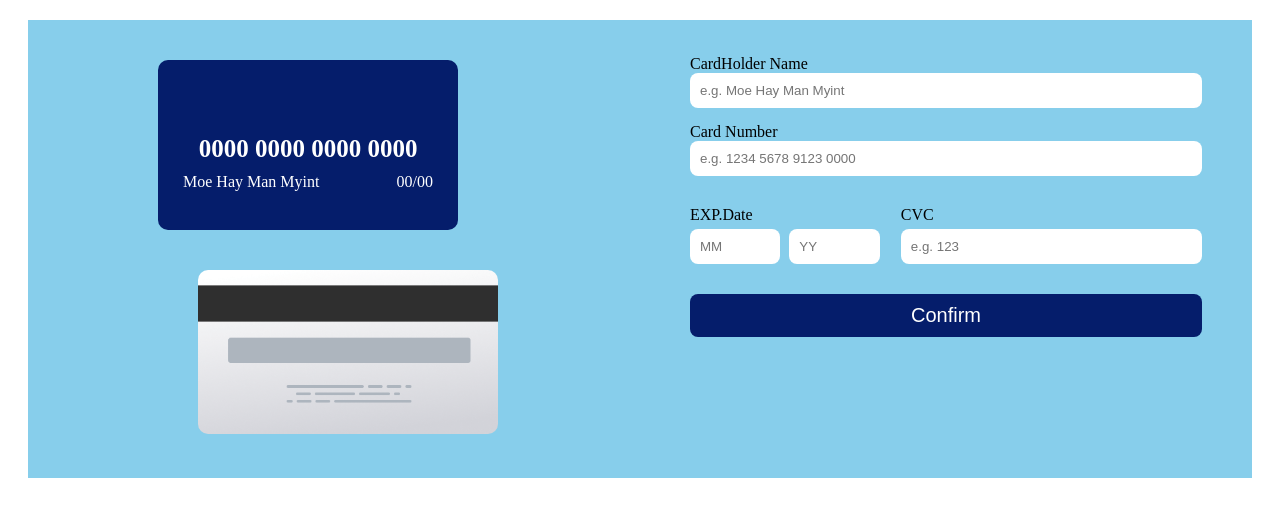
Repository: moehaymanmyint/Interactive-Card-Details-Form
Page: index.html
The author's editor kept a copy of each file at every save. The page is drawn from the files as they stood at one save, then again after the next save.
The browser window is 1280 px wide. The pictures show the whole page.

Above is the page before, as saved 2024-10-16 22:42:07.

### index.html
<!DOCTYPE html>
<html lang="en">
<head>
    <meta charset="UTF-8">
    <meta name="viewport" content="width=device-width, initial-scale=1.0">
    <title>Interactive Card Details Form</title>
    <link rel="stylesheet" href="style.css">
</head>
<body>
    <div class="container">
        <!-- Left Side -->
    <div class="left-container">
        <div class="front-card">
            <div class="number" style="text-align: center; margin-top: 50px ;" >0000 0000 0000 0000</div>
            <div class="" style="display: flex; justify-content: space-between; margin-top: 10px;">
                <span class="name">Moe Hay Man Myint</span>
                <span class="date">00/00</span>
            </div>
        </div>
        <div class="back-card">
            <img src="./img/bg-card-back.png" alt="">
        </div>
    </div>

    <!-- Right Side -->
    <div class="right-container">
        <form action="">
            <div class="card-name">
                <label for="">CardHolder Name</label><br>
                <input type="text" placeholder="e.g. Moe Hay Man Myint" class="card-input">
            </div>
            <div class="card-number">
                <label for="">Card Number</label><br>
                <input type="number" placeholder="e.g. 1234 5678 9123 0000" class="card-input">
            </div>
            <div class="card-info">
                <div class="" style="width: 40%;">
                    <label for="">EXP.Date</label><br>
                    <input type="text" placeholder="MM" class="card-date">
                    <input type="text" placeholder="YY" class="card-date">
                </div>
                <div class="cvc" style="width: 60%;">
                    <label for="">CVC</label><br>
                    <input type="number" placeholder="e.g. 123" class="card-cvc">
                </div>
            </div>

            <div class="btn">
                <input type="submit" value="Confirm" class="confirm-btn">
            </div>
        </form>
    </div>
    </div>
</body>
</html>

### style.css
.container{
    background-color: skyblue;
    display: flex;
    justify-content: center;
    margin: 20px;
}

.left-container,
.right-container {
    margin: 20px 50px;
    width: 50%;
}

.front-card{
    background-color: rgb(5, 29, 107);
    color: white;
    padding: 25px;
    border-radius: 10px;
    height: 120px;
    width: 250px;
    margin: 20px 80px;
}

.front-card .number{
    font-size: 25px;
    font-weight: bold;
    text-align: justify;
}

.back-card img{
    width: 300px;
    margin: 20px 40px;
    border-radius: 10px;
    margin-left: 120px;
}

.right-container div{
    margin: 15px 0;
}

.card-input {
    width: 100%;
    border: none;
    padding: 10px;
    border-radius: 8px;
    box-sizing: border-box;
}

.card-date {
    width: 45%;
    margin-top: 5px;
    margin-right: 5px;
    border: none;
    padding: 10px;
    border-radius: 8px;
    box-sizing: border-box;
}

.card-cvc {
    width: 100%;
    margin-top: 5px;
    border: none;
    padding: 10px;
    border-radius: 8px;
    box-sizing: border-box;
}

.confirm-btn {
    width: 100%;
    padding: 10px;
    border-radius: 8px;
    border: none;
    background-color: rgb(5, 29, 107);
    font-size: 20px;
    color: white;
    cursor: pointer;
}

.card-info {
    display: flex;
    justify-content: space-between;
    gap: 10px;
}

After the next save:
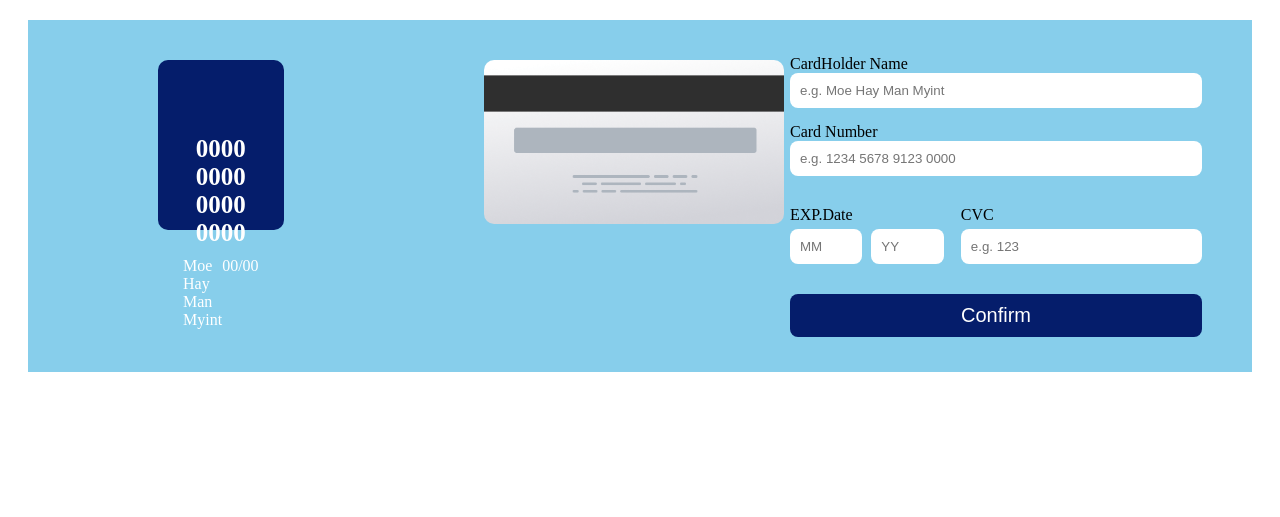
Saved 31 s later.
--- a/style.css
+++ b/style.css
@@ -9,6 +9,10 @@
 .right-container {
     margin: 20px 50px;
     width: 50%;
+}
+
+.left-container {
+    display: flex;
 }
 
 .front-card{
@@ -24,7 +28,7 @@
 .front-card .number{
     font-size: 25px;
     font-weight: bold;
-    text-align: justify;
+
 }
 
 .back-card img{

After the save that followed:
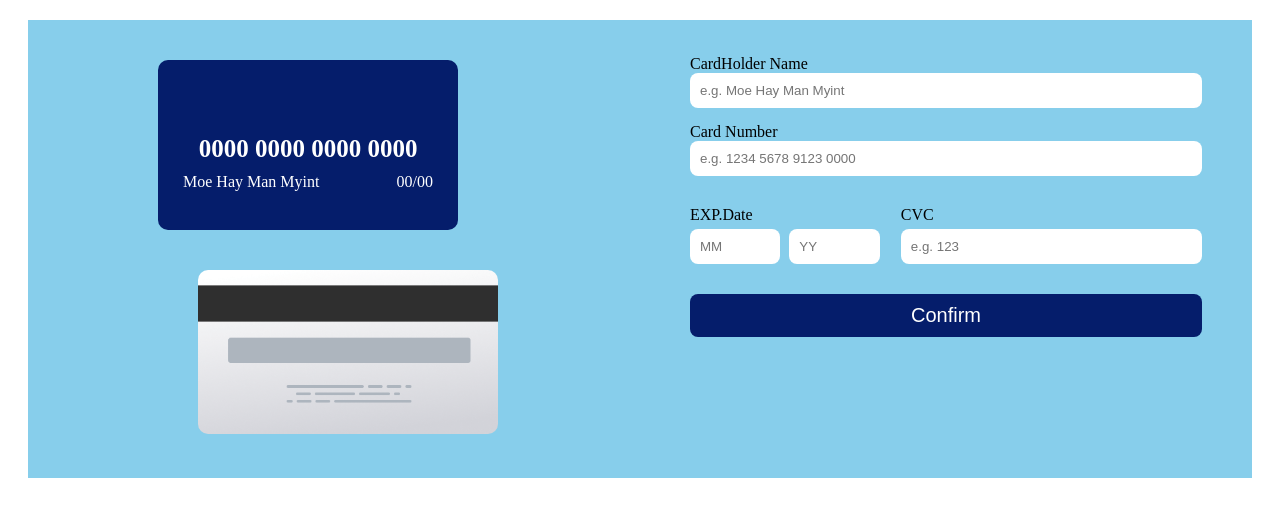
Saved 6 s later.
--- a/style.css
+++ b/style.css
@@ -13,6 +13,7 @@
 
 .left-container {
     display: flex;
+    flex-direction: column;
 }
 
 .front-card{
